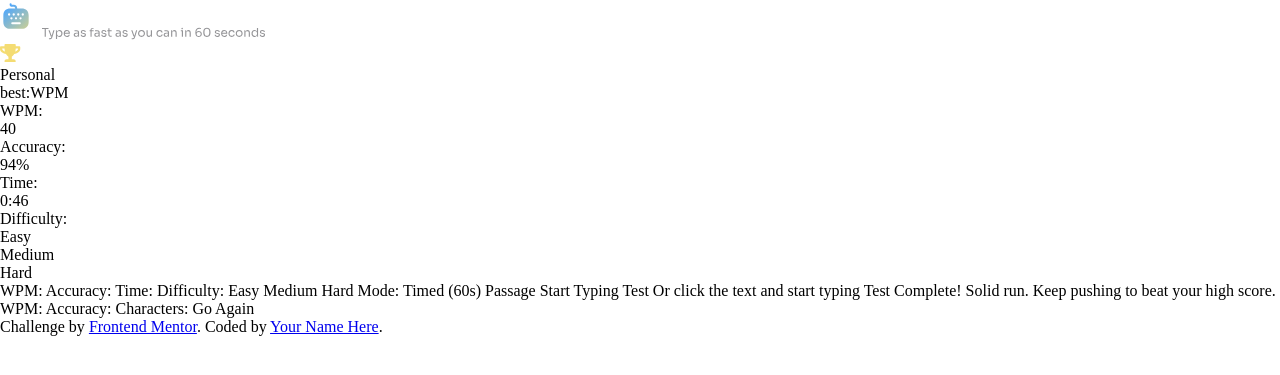
Repository: eva003n/typing-speed-test
Page: index.html
An editor plug-in stored every save of this project. The page is shown before and after the next save, followed by the edit.
The browser window is 1280 px wide. The pictures show the whole page.

Above is the page before, as saved 2026-02-13 00:31:15.

### index.html
<!doctype html>
<html lang="en">
  <head>
    <meta charset="UTF-8" />
    <meta name="viewport" content="width=device-width, initial-scale=1.0" />
    <!-- displays site properly based on user's device -->

    <link
      rel="icon"
      type="image/png"
      sizes="32x32"
      href="./assets/images/favicon-32x32.png"
    />
    <link rel="stylesheet" href="/style.css" />
    <title>Frontend Mentor | Typing Speed Test</title>
  </head>
  <body>
    <header>
      <div class="header-top">
        <div>
          <!-- logo -->
          <img
            srcset="
              assets/images/logo-small.svg  32w,
              assets/images/logo-large.svg 267w
            "
            sizes="(width <= 600px) 32px,
               267px"
            src="assets/images/logo-small.svg"
            alt="Typing speed test logo icon"
          />
        </div>
        <div>
          <svg
            xmlns="http://www.w3.org/2000/svg"
            width="21"
            height="18"
            fill="none"
            viewBox="0 0 21 18"
          >
            <path
              fill="#f4dc73"
              d="M19.406 2.25c.457 0 .844.387.844.844v1.969c0 1.265-.809 2.566-2.18 3.55-1.125.809-2.46 1.301-3.867 1.477-1.125 1.828-2.39 2.566-2.39 2.566v2.531H13.5c1.23 0 2.25.739 2.25 1.97v.421c0 .246-.21.422-.422.422H4.922a.406.406 0 0 1-.422-.422v-.422c0-1.23.984-1.968 2.25-1.968h1.688v-2.532s-1.301-.738-2.426-2.566c-1.407-.176-2.742-.668-3.867-1.477C.773 7.63 0 6.328 0 5.063v-1.97c0-.456.352-.843.844-.843H4.5V.844C4.5.387 4.852 0 5.344 0h9.562c.457 0 .844.387.844.844V2.25zM3.48 6.785c.422.317.915.563 1.477.774A12.7 12.7 0 0 1 4.5 4.5H2.25v.563c0 .421.352 1.125 1.23 1.722M18 5.062V4.5h-2.285a12.7 12.7 0 0 1-.457 3.059c.562-.211 1.055-.457 1.476-.774C17.367 6.363 18 5.66 18 5.062"
            />
          </svg>
          <p class="personal-text">Personal</p>
          <p class="best-txt">best:<span class="typing-unit">WPM</span></p>
        </div>
      </div>
      <div class="header-bottom">
        <div class="header-left">
          <div>
            <p>WPM:</p>
            <span>40</span>
          </div>
          <div>
            <p>Accuracy:</p>
            <span>94%</span>
          </div>
          <div>
            <p>Time:</p>
            <span>0:46</span>
          </div>
        </div>
        <div class="header-right">
          <p>Difficulty:</p>
          <ul>
            <li>Easy</li>
            <li>Medium</li>
            <li>Hard</li>
          </ul>
        </div>
      </div>
    </header>
    <section></section>

    WPM:
    <!-- WPM -->
    Accuracy:
    <!-- Accuracy -->
    Time:
    <!-- Time -->

    Difficulty: Easy Medium Hard Mode: Timed (60s) Passage

    <!-- Passage -->

    Start Typing Test Or click the text and start typing

    <!-- Test Complete Start -->

    Test Complete! Solid run. Keep pushing to beat your high score. WPM:
    <!-- WPM -->
    Accuracy:
    <!-- Accuracy -->
    Characters:
    <!-- Correct/Incorrect -->

    Go Again

    <!-- Test Complete End -->

    <div class="attribution">
      Challenge by
      <a href="https://www.frontendmentor.io?ref=challenge">Frontend Mentor</a>.
      Coded by <a href="#">Your Name Here</a>.
    </div>
  </body>
</html>

### style.css
/* sora-regular - latin */
@font-face {
  font-display: swap; /* Check https://developer.mozilla.org/en-US/docs/Web/CSS/@font-face/font-display for other options. */
  font-family: 'Sora';
  font-style: normal;
  font-weight: 400;
  src: url('/assets/fonts/sora-v17-latin-regular.woff2') format('woff2'); /* Chrome 36+, Opera 23+, Firefox 39+, Safari 12+, iOS 10+ */
}
/* sora-600 - latin */
@font-face {
  font-display: swap; /* Check https://developer.mozilla.org/en-US/docs/Web/CSS/@font-face/font-display for other options. */
  font-family: 'Sora';
  font-style: normal;
  font-weight: 600;
  src: url('/assets/fonts/sora-v17-latin-600.woff2') format('woff2'); /* Chrome 36+, Opera 23+, Firefox 39+, Safari 12+, iOS 10+ */
}
/* sora-700 - latin */
@font-face {
  font-display: swap; /* Check https://developer.mozilla.org/en-US/docs/Web/CSS/@font-face/font-display for other options. */
  font-family: 'Sora';
  font-style: normal;
  font-weight: 700;
  src: url('/assets/fonts/sora-v17-latin-700.woff2') format('woff2'); /* Chrome 36+, Opera 23+, Firefox 39+, Safari 12+, iOS 10+ */
}

:root {
--green-500: hsl(140, 63%, 57%);
--red-500: hsl(354, 63%, 57%);
--yellow-400: hsl(49, 85%, 70%);

--blue-600: hsl(214, 100%, 55%);
--blue-400: hsl(210, 100%, 65%);


--neutral-900: hsl(0, 0%, 7%);
--neutral-800: hsl(0, 0%, 15%);
--neutral-500: hsl(240, 3%, 46%);
--neutral-400: hsl(240, 1%, 59%);
--neutral-0: hsl(0, 0%, 100%);

--fz-sm: 1rem;

--fw-400: 400;
--fw-600: 600;
--fw-700: 700;
}

*,
*::before,
*::after {
    margin: 0;
    padding: 0;
}

body {
    min-height: 100svh;
    font-size: var(--fz-sm);

}

After the next save:
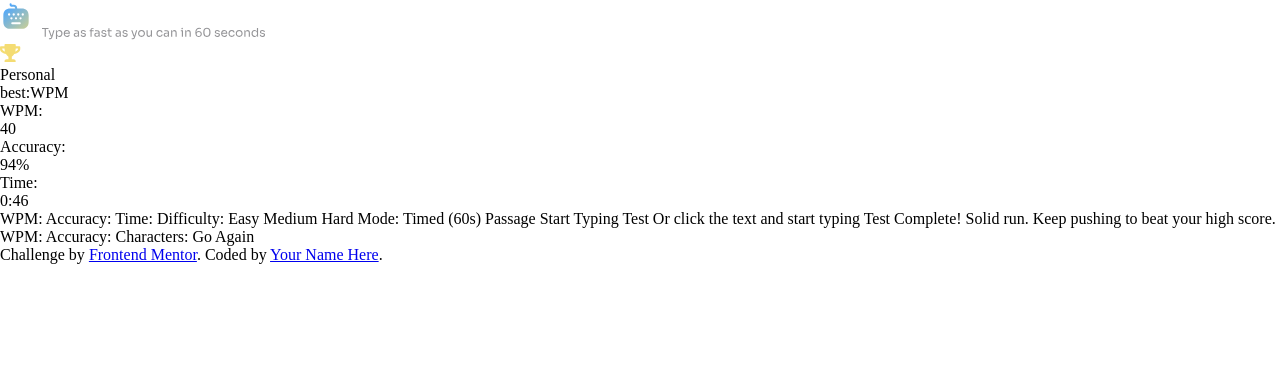
Saved 9 s later.
--- a/index.html
+++ b/index.html
@@ -63,12 +63,7 @@
           </div>
         </div>
         <div class="header-right">
-          <p>Difficulty:</p>
-          <ul>
-            <li>Easy</li>
-            <li>Medium</li>
-            <li>Hard</li>
-          </ul>
+
         </div>
       </div>
     </header>

After the 4 saves that followed:
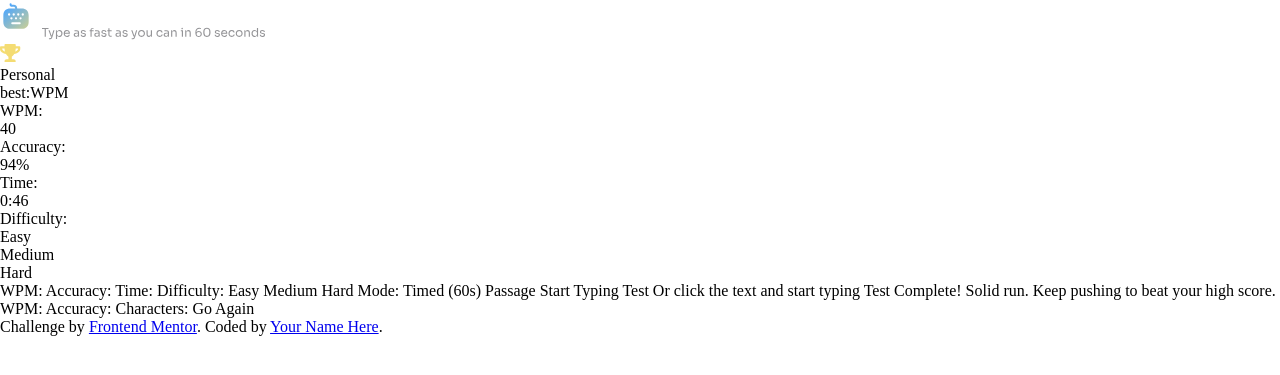
The 4 saves are shown as one change because they came seconds apart.
The last was saved 21 s later.
--- a/index.html
+++ b/index.html
@@ -63,7 +63,14 @@
           </div>
         </div>
         <div class="header-right">
-
+          <div class="difficulty">
+            <p>Difficulty:</p>
+            <ul>
+              <li>Easy</li>
+              <li>Medium</li>
+              <li>Hard</li>
+            </ul>
+          </div>
         </div>
       </div>
     </header>
